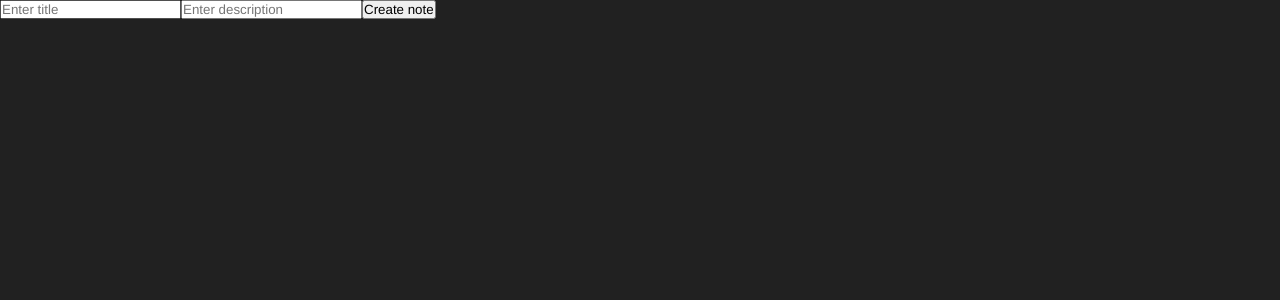
Repository: nileshwankhede03/The-Origin-Backend
Page: / (app in Fullstack/Frontend/FrontEnd/)
An editor plug-in stored every save of this project. The page is shown before and after the next save, followed by the edit.
The browser window is 1280 px wide. The pictures show the whole page.
The page's requests for data from a server got no answer. The project was rebuilt for these pictures with package versions that can differ from the ones it lists, and the page was loaded fresh each time. No one was signed in, and anything a server would have sent is missing. Also part of the build but not shown: Fullstack/Frontend/FrontEnd/vite.config.js.

Above is the page before, as saved 2026-02-02 22:26:48.

After the next save:
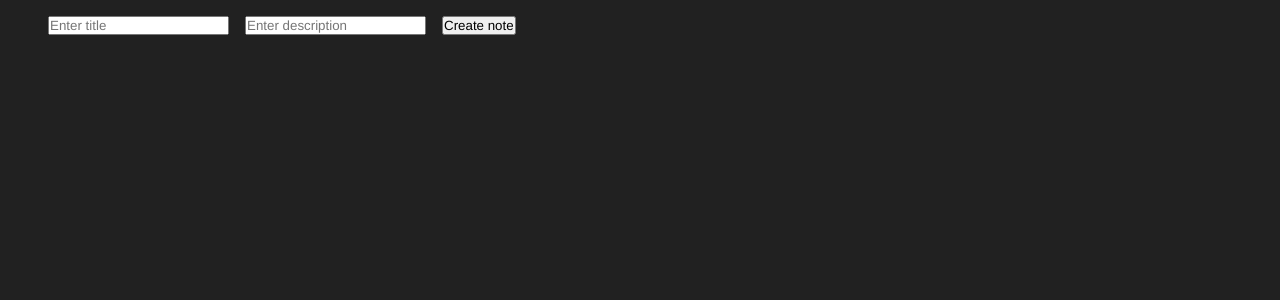
Saved 41 s later.
--- a/Fullstack/Frontend/FrontEnd/src/index.css
+++ b/Fullstack/Frontend/FrontEnd/src/index.css
@@ -30,3 +30,10 @@ html{
   max-width: 20rem;
   color: rgb(255, 253, 249);
 }
+
+.note-create-form{
+  display: flex;
+  gap: 1rem;
+  padding-inline: 3rem;
+  padding-block: 1rem;
+}
